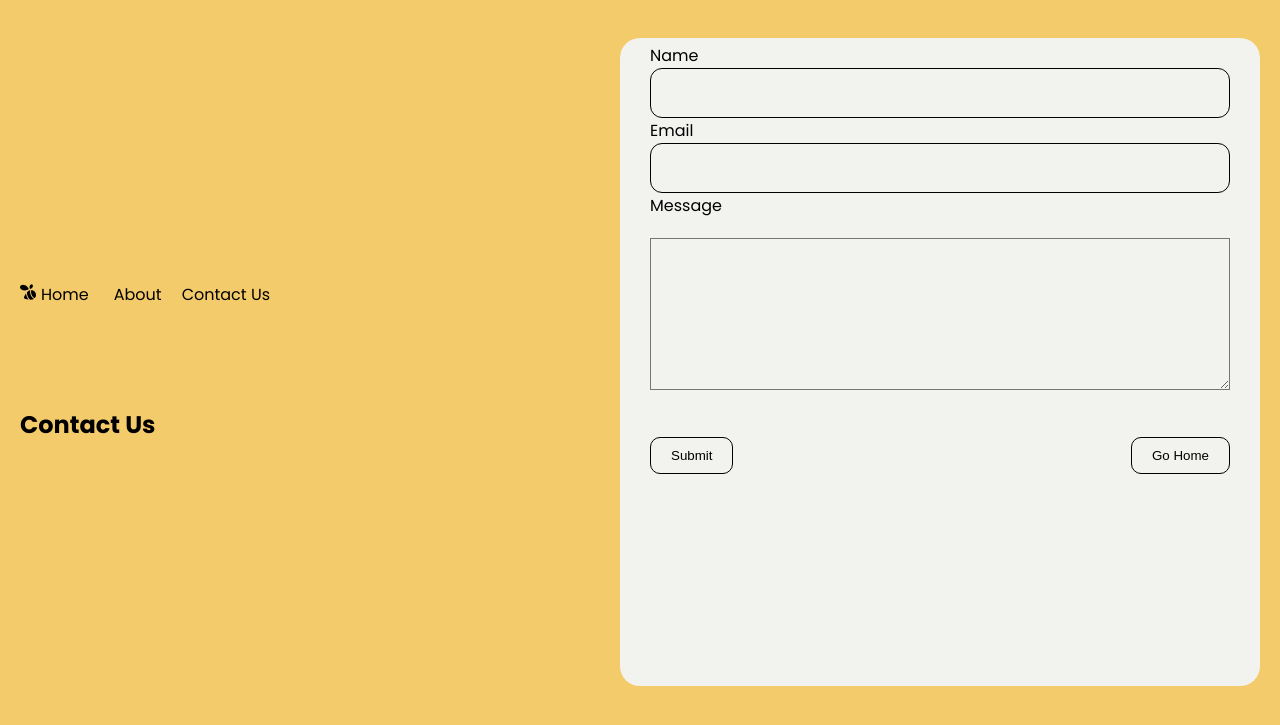
Repository: ble-syn/Random-user-generator-app
Page: /contact
These files come from the project's save history. The page is drawn as it stood at one moment and after the next save; the edit follows.
The browser window is 1280 px wide. The pictures show the whole page.
The project was rebuilt for these pictures with package versions that can differ from the ones it lists, and the page was loaded fresh each time. Also part of the build but not shown: src/components/pagination.jsx, src/components/User.jsx, src/pages/Home.jsx, src/components/ErrorFallback.jsx, src/pages/About.jsx, src/pages/NotFound.jsx, src/pages/Mission.jsx, src/pages/Vision.jsx.

Above is the page before, as saved 2022-10-28 22:07:23.

After the next save:
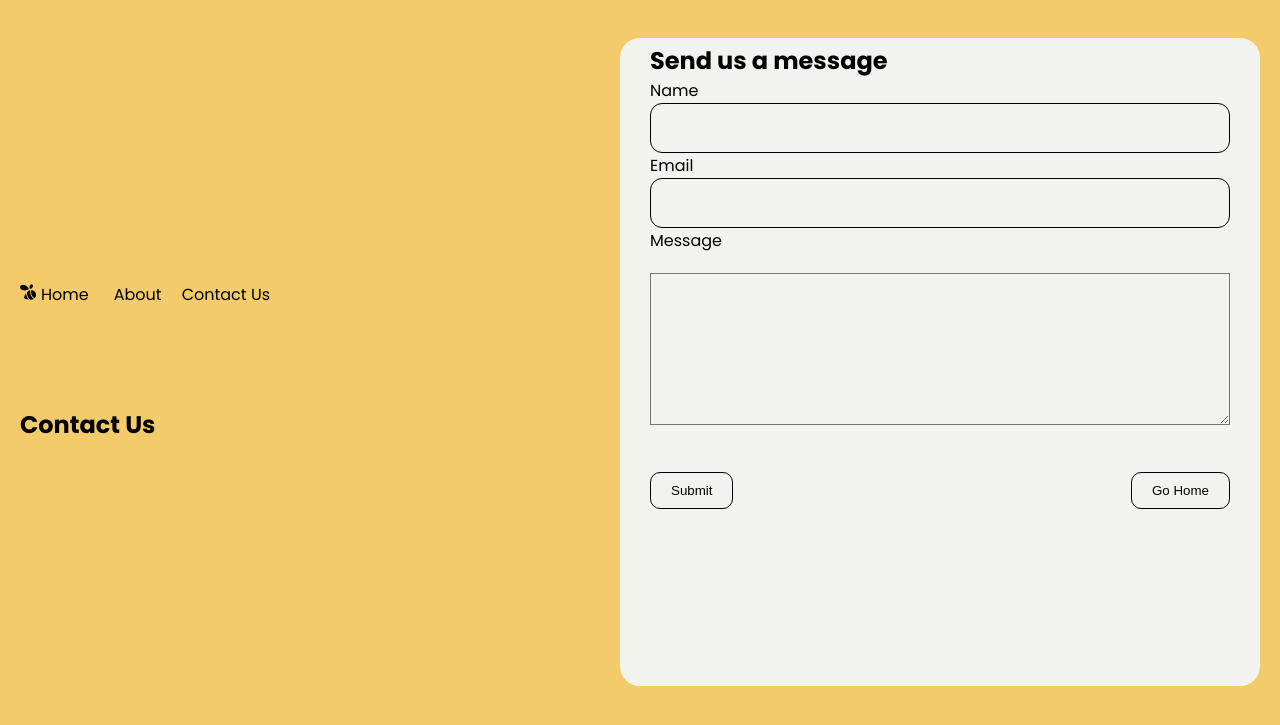
Saved 12 min 3 s later.
--- a/src/pages/Contact.jsx
+++ b/src/pages/Contact.jsx
@@ -16,6 +16,7 @@ function Contact() {
       </div>
 
       <div id="right">
+        <h2>Send us a message</h2>
        <form>
           <label htmlFor="name">Name</label>
           <input type="text" name="name" id="name" />
